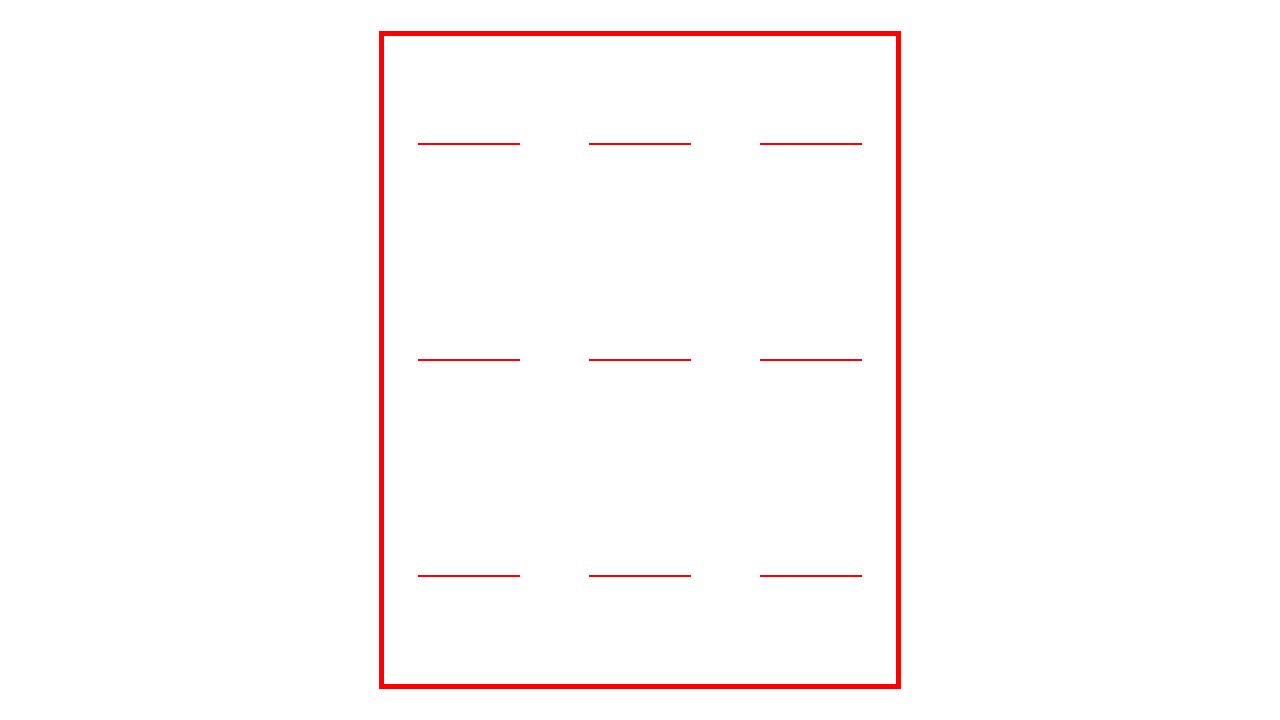
Repository: kocokoy/TOP-tic-tac-toe
Page: index.html
The author's editor kept a copy of each file at every save. The page is drawn from the files as they stood at one save, then again after the next save.
The browser window is 1280 px wide. The pictures show the whole page.

Above is the page before, as saved 2024-11-07 14:47:14.

### index.html
<!DOCTYPE html>
<html lang="en">
<head>
  <meta charset="UTF-8">
  <meta name="viewport" content="width=device-width, initial-scale=1.0">
  <link rel="stylesheet" href="/styles/style.css">
  <title>Document</title>
</head>
<body>
 <div class='container'>
  <div class="gameboard">

  </div>
 </div>
<script src="/javascripts/scripts.js"></script>
</body>
</html>

### styles/style.css
body{
  padding: 0;
  margin: 0;
  height: 100vh;
  font-family: Arial, Helvetica, sans-serif;
}
.container{
  height:100%;
  display: flex;
  justify-content: center;
  align-items: center;
}
.gameboard{
  display: grid;
  grid-template-columns: 1fr 1fr 1fr;
  justify-items: center;
  align-items: center;
  border: 5px solid red;
  width: 40%;
  height: 90%;
}
.gameboard div{
  border: 1px solid red;
  height:auto;
  width: 100px;
  cursor: pointer;
  color: tomato;
  display: flex;
  justify-content: center;
  align-items: center;
  font-size: 10rem;
}

### javascripts/scripts.js
const gameBoardElement = document.querySelector('.gameboard');

const gameBoard = {
  gameBoard : ['','','','','','','','','']
}
const players = {
  player1: 'X',
  player2: 'O',
}

startGame();

function startGame(){
  createGameBoard();
  gameBoardBoxClicked();
}

function createGameBoard(){
  for(let i = 0; i < 9; i++){
    const div = document.createElement('div');
    div.setAttribute('data-id',i);
    gameBoardElement.appendChild(div);
  }
}

function gameBoardBoxClicked(){
  gameBoardElement.addEventListener('click', (e) => {
    const boxClicked = e.target;
    boxClicked.textContent = 'X'
  })
}

After the next save:
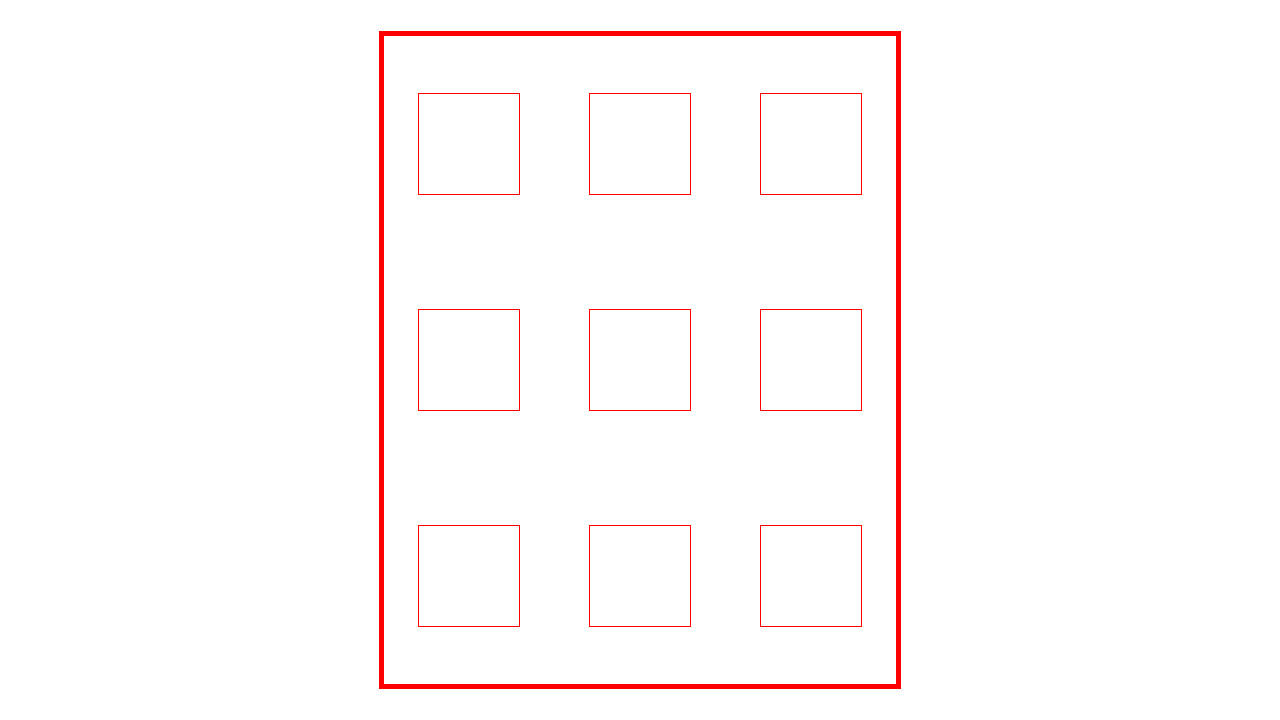
Saved 5 s later.
--- a/styles/style.css
+++ b/styles/style.css
@@ -21,7 +21,7 @@ body{
 }
 .gameboard div{
   border: 1px solid red;
-  height:auto;
+  height:100px;
   width: 100px;
   cursor: pointer;
   color: tomato;
